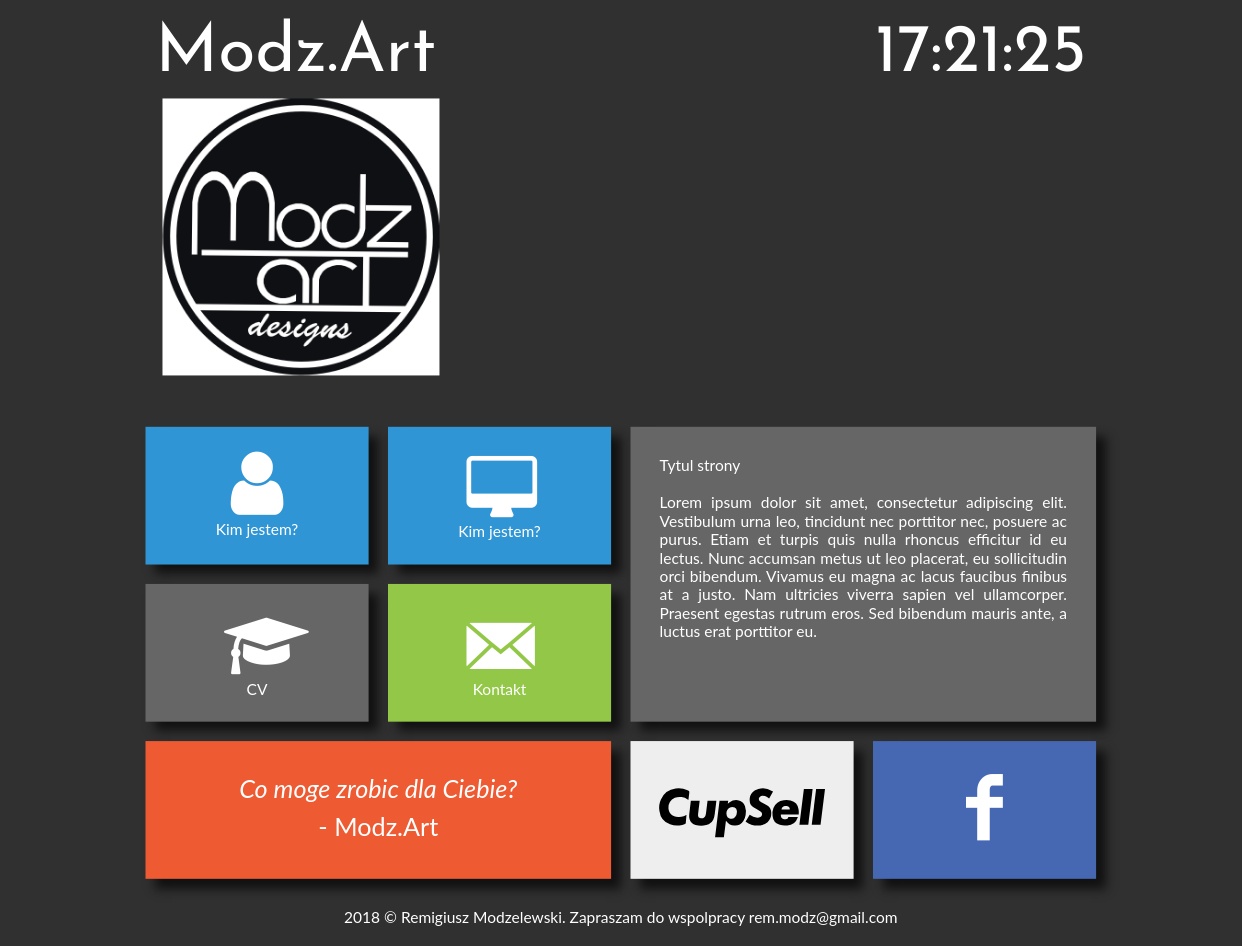
Repository: RemModz/Portfolio
Page: index.html
These files come from the project's save history. The page is drawn as it stood at one moment and after the next save; the edit follows.
The browser window is 1280 px wide. The pictures show the whole page, at 97% of full size.

Above is the page before, as saved 2018-11-07 19:59:45.

After the next save:
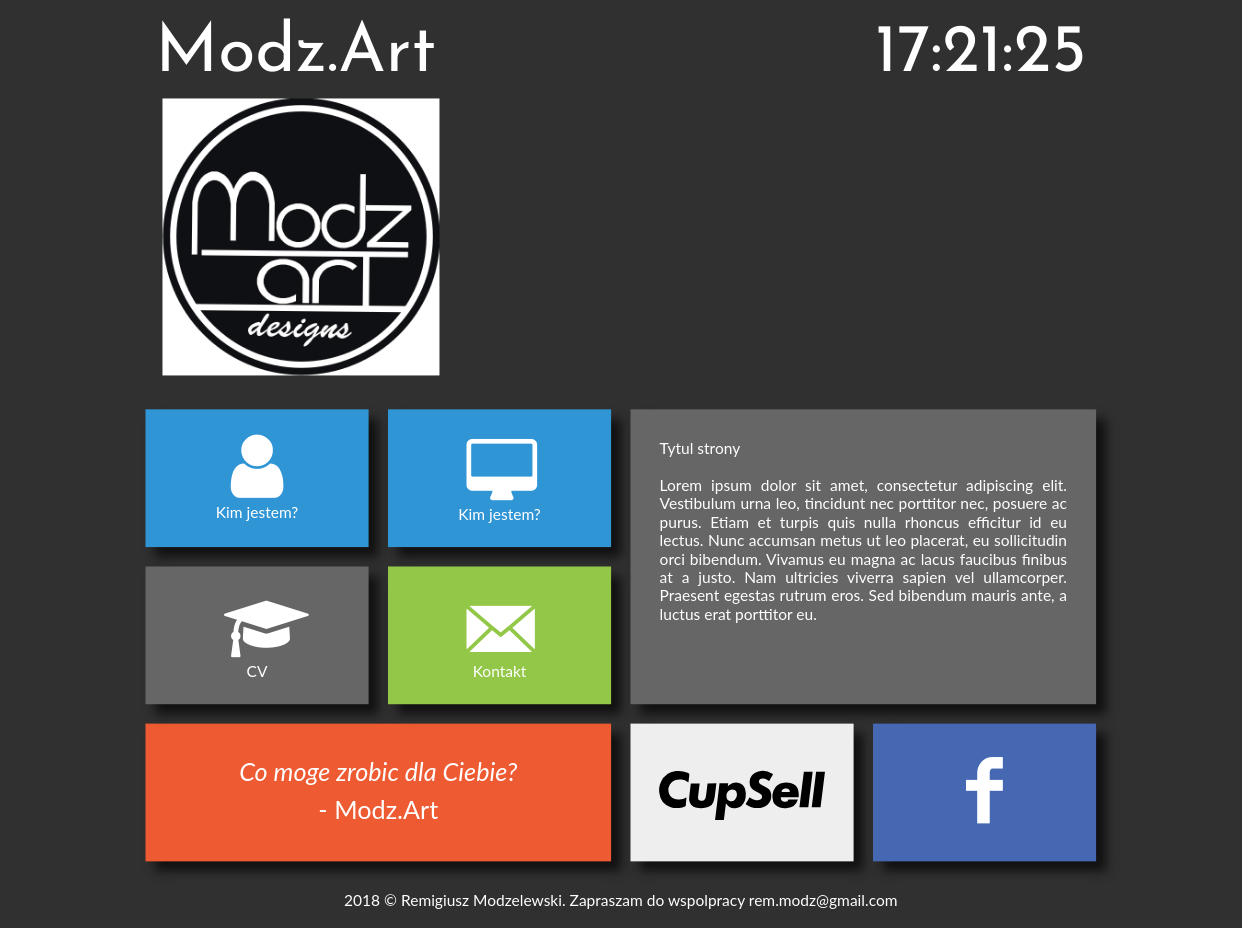
Saved 35 s later.
--- a/index.html
+++ b/index.html
@@ -19,7 +19,7 @@
         <div class="rectangle">
                 <div id="logo">
 
-                    <a href="index.html" class="tilelinkhtml5">Modz.Art</a><img src="modzartlogo.svg" class="logomodzart" alt="logo"></div>
+                    <a href="index.html" class="tilelinkhtml5">Modz.Art</a><img src="modzartlogo.svg" id="logomodzart" alt="logo"></div>
             <div id="zegar"></div>
             <div style="clear:both;"></div>
         </div>
